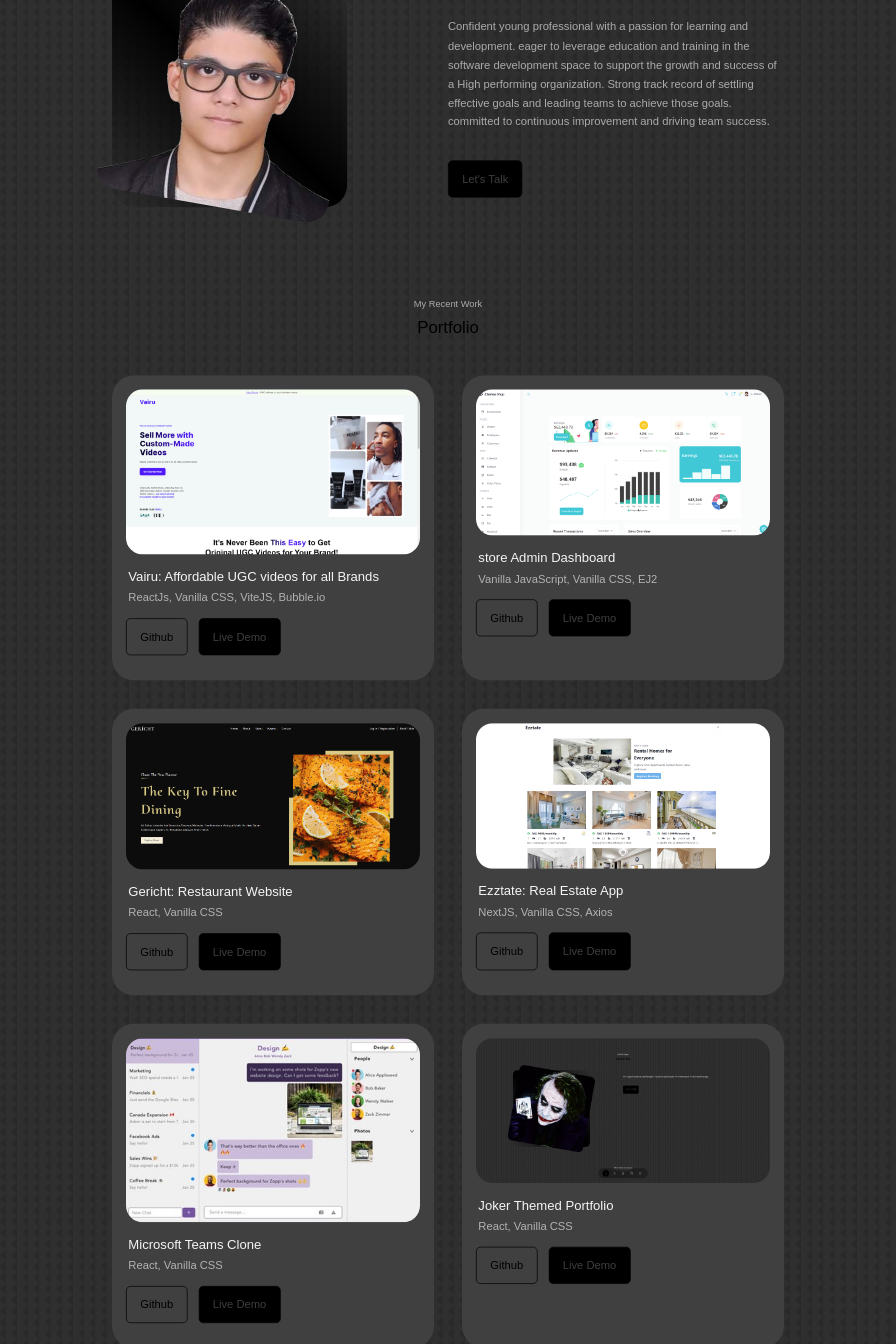
Repository: Z-Bahaa/project_joker_react_portfolio
Page: /
The author's editor kept a copy of each file at every save. The page is drawn from the files as they stood at one save, then again after a run of saves.
The browser window is 1280 px wide. The pictures show the part of the page from y = 1143 to 3063 px (the page is 7236 px tall), at 70% of full size.
Some web fonts or font styles are not loaded; a fallback is used. The project was rebuilt for these pictures with package versions that can differ from the ones it lists, and the page was loaded fresh each time. Imported but missing from the stored project, and not drawn on this page: src/assets/resume.pdf.

Above is the page before, as saved 2023-08-21 18:12:16.

### public/index.html
<!DOCTYPE html>
<html lang="en">

<head>
  <meta charset="UTF-8">
  <meta name="viewport" content="width=device-width, initial-scale=1.0">
  <title>Zeyad Bahaa</title>
  <link rel="shortcut icon" href="/Logo.png" />
</head>

<body>
  <div id="root"></div>
</body>

</html>

### src/App.jsx
import Header from './components/header/Header'
import Nav from './components/nav/Nav'
import About from './components/about/About'
import Experience from './components/experience/Experience'
// import Services from './components/services/Services'
import Portfolio from './components/portfolio/Portfolio'
// import Testimonials from './components/testimonials/Testimonials'
import Contact from './components/contact/Contact'
import Footer from './components/footer/Footer'


const App = () => {
  return (
    <>
      <Header />
      <Nav />
      <About />
      <Portfolio />
      <Experience />
      {/* <Services /> */}
{/*       <Testimonials /> */}
      <Contact />
      <Footer />

    </>
  )
}

export default App

### src/components/header/Header.jsx
import './header.css';
import CTA from './CTA'
import ME from '../../assets/me-3.png'
import HeaderSocials from './HeaderSocials'

const Header = () => {
  return (
    <div className='header container' id='home'>
      <div className='header__container'>
        <h5>Hello, I'm</h5>
        <h1>Zeyad Bahaa</h1>
        <h5 className="text-light">Software & web development Enthusiast</h5>
        <CTA />
        <HeaderSocials />

        <div className="me">
          <img src={ME} alt="" />
        </div>

        <a href='#contact' className="scroll__down">Scroll Down</a>
      </div>
    </div>
  )
}

export default Header

### src/components/nav/Nav.jsx
import './nav.css'
import { AiOutlineHome, AiOutlineUser, AiOutlineMessage } from 'react-icons/ai'
import { BiBookAlt } from 'react-icons/bi'
import { BsBagDash } from 'react-icons/bs'
import { useState} from 'react'

const Nav = () => {
  const [activeNav, setActiveNAv] = useState('#')
  return (
    <div className="nav">
      <a href="#home" className={activeNav === '#' ? 'active' : ''} onClick={() => setActiveNAv('#')}><AiOutlineHome /></a>
      <a href="#about" className={activeNav === '#about' ? 'active' : ''} onClick={() => setActiveNAv('#about')}><AiOutlineUser /></a>
      <a href="#portfolio" className={activeNav === '#services' ? 'active' : ''} onClick={() => setActiveNAv('#services')}><BsBagDash /></a>
      <a href="#experience" className={activeNav === '#experience' ? 'active' : ''} onClick={() => setActiveNAv('#experience')}><BiBookAlt /></a>
      <a href="#contact" className={activeNav === '#contact' ? 'active' : ''} onClick={() => setActiveNAv('#contact')}><AiOutlineMessage /></a>
    </div>
  )
}

export default Nav

### src/components/about/About.jsx
import './about.css'
import ME from '../../assets/me-3.png'
/* import { FiAward, FiUsers } from 'react-icons/fi'
import { AiFillFolderOpen } from 'react-icons/ai' */
const About = () => {
  return (
    <div className="section" id="about">
      <h5>Get To Know</h5>
      <h2>About Me</h2>

      <div className="container about__container">
        <div className="about__me">
          <div className="about__me-image">
            <img src={ME} alt="About" />
          </div>
        </div>

        <div className="about__content">
          {/* <div className="about__cards">

            <div className="about__card">
              <FiAward className="about__icon" />
              <h5>Experience</h5>
              <small>3+ Years Working</small>
            </div>

            <div className="about__card">
              <FiUsers className="about__icon" />
              <h5>Clients</h5>
              <small>200+ Worldwide</small>
            </div>

            <div className="about__card">
              <AiFillFolderOpen className="about__icon" />
              <h5>Projects</h5>
              <small>80+ Completed Projects</small>
            </div>

          </div> */}

          <p>
          Confident young professional with a passion for learning and development. eager to leverage education and training in the software development space to support the growth and success of a High performing organization. Strong track record of settling effective goals and leading teams to achieve those goals. committed to continuous improvement and driving team success.
          </p>

          <a href="#contact" className="btn btn-primary">Let's Talk</a>
        </div>
      </div>
    </div>
  )
}

export default About

### src/components/experience/Experience.jsx
import './experience.css'
import {skills, experience} from '../../data/experiences'
import { AiFillCheckCircle } from 'react-icons/ai'

const Experience = () => {
  return (
    <div className="section" id="experience">
      <h5>What Skills Do I Have?</h5>
      <h2>My Experiences</h2>
      <div className="history__container">
        {
          experience.map((e) => (
            <div>
              <div className="image-container">
                <img src={e.image} alt='company logo'/>
              </div>
              <div className="course-details-container">
                <p>{e.date}</p>
                <h1>{e.title}</h1>
                <section>
                  <span>{e.address.city}</span>
                  <p> • {e.address.country}</p>
                </section>
              </div>
              <a href={e.url} target="_blank" rel="noreferrer">
                <button className="btn btn-primary" >
                  <h1>visit company</h1>
                </button>
              </a>
            </div>
          ))
        }
      </div>
      <h2>Acquired Skills</h2>
      <div className="experience__container">
        {
          skills.map((field) => (
            <div>
              <h3>{field.title}</h3>
              <div className="experience__content">
                {
                  field.list.map((item) => (
                    <div className="experience__details">

                        <AiFillCheckCircle className="experience__details-icon"/>
                        <div>
                          <h4>{item.name}</h4>
                          <small>{(item.experience + " ")} • <span>{" " + item.level}</span> </small>
                        </div>
                    </div>
                  ))
                }
              </div>
            </div>
          ))
        }
      </div>

    </div>
  )
}

export default Experience

### src/components/portfolio/Portfolio.jsx
import './portfolio.css'
import projects from '../../data/projects'



const Portfolio = () => {
  return (
    <div className="section" id='portfolio'>
      <h5>My Recent Work</h5>
      <h2>Portfolio</h2>

      <div className="container portfolio__container">
        {
          projects.map(item => (
            <div  key={item.id} className="portfolio__item">
              <img src={item.img} className="portfolio__item-image" alt=""/>
              <h3>{item.title || 'This is a portfolio item title'}</h3>
              <p>{item.tech || 'This is a portfolio item title'}</p>
              <div className="portfolio__item-cta">
                <a className="btn" href={item.github} target='_blank' rel="noreferrer">Github</a>
                <a className="btn btn-primary" href={item.demo} target='_blank' rel="noreferrer">Live Demo</a>
              </div>
            </div>
          ))
        }
      </div>
    </div>
  )
}

export default Portfolio

### src/components/contact/Contact.jsx
import './contact.css'
import { AiOutlineMail, AiOutlineWhatsApp } from 'react-icons/ai'
import { RiMessengerLine } from 'react-icons/ri'


const Contact = () => {

  return (
    <div className="section" id="contact">
      <h5>Get In Touch</h5>
      <h2>Contact Me</h2>

      <div className="container contact__container">
        <div className="contact__options">

          <div className="contact__option">
            <AiOutlineMail className='contact__option-icon'/>
            <h4>Email</h4>
            <h5>zizobahaapersonal@gmail.com</h5>
            <a href="mailto:zizobahaapersonal@gmail.com">Send a message</a>
          </div>

          <div className="contact__option">
            <RiMessengerLine className='contact__option-icon'/>
            <h4>Messenger</h4>
            <h5>Zizo Bahaa</h5>
            <a href="https://m.me/100071918118359">Send a message</a>
          </div>
          <div className="contact__option">
            <AiOutlineWhatsApp className='contact__option-icon' />
            <h4>WhatsApp</h4>
            <h5>+201020730202</h5>
            <a href="https://api.whatsapp.com/send?phone=201020730202" >Send a message</a>
          </div>

        </div>

{        <form
          // ref={form}
          // onSubmit={sendEmail}
          >
          <input type="text" name="name" placeholder="Your Full Name" required/>
          <input type="email" name="email" placeholder="Your Email" required/>
          <textarea name="message" placeholder="Your Message" rows="7" required/>
          <button type="submit" className="btn btn-primary">send Message</button>
        </form>}
      </div>
    </div>
  )
}

export default Contact

### src/components/footer/Footer.jsx
import './footer.css'
import { AiOutlineLinkedin, AiOutlineFacebook, } from 'react-icons/ai'
import { FiTwitter, FiGithub, FiInstagram } from 'react-icons/fi'
import { FaTiktok } from 'react-icons/fa'
import { SiMyanimelist } from 'react-icons/si'

const Footer = () => {
  return (
    <div className="footer">
      <a href="#home" className="footer__icon">Z. bahaa</a>

      <ul className="permalinks">
        <li><a href="#home">Home</a></li>
        <li><a href="#about">About</a></li>
        <li><a href="#experience">Experience</a></li>
        {/* <li><a href="#services">Services</a></li> */}
        <li><a href="#portfolio">Portfolio</a></li>
        {/* <li><a href="#testimonials">Testimonials</a></li> */}
        <li><a href="#contact">Contact</a></li>
      </ul>

      <div className="footer__socials" >
        <a href='https://www.linkedin.com/in/z-bahaa-194022234/' target='_blank' rel="noreferrer"><AiOutlineLinkedin /></a>
        <a href='https://github.com/Z-Bahaa' target='_blank' rel="noreferrer"><FiGithub /></a>
        <a href='https://www.facebook.com/profile.php?id=100071918118359' target='_blank' rel="noreferrer"><AiOutlineFacebook /></a>
      </div>

      <div className="footer__coptright">
        <small>&copy; Z.bahaa. All rights reserved.</small>
      </div>
    </div>
  )
}

export default Footer

### src/components/header/header.css
.header {
  height: 120vh;
  padding-top: 7rem;
  /* overflow: hidden; */
}

.header__container {
  text-align: center;
  height: 100%;
  position: relative;
}

.cta {
  margin-top: 2.5rem;
  display: flex;
  gap: 1.2rem;
  justify-content: center;
}

.header__socials {
  display: flex;
  flex-direction: column;
  position: absolute;
  left: 0;
  bottom: 2rem;
  gap: 1rem;
}

.header__socials::after {
  content: "";
  width: 1px;
  height: 2rem;
  background: var(--color-primary);
  align-self: center;
}

.me {
  background: linear-gradient(var(--color-primary), transparent);
  width: 22rem;
  max-height: 27rem;
  position: absolute;
  left: calc(50% - 11rem);
  margin-top: 4rem;
  border-radius: 12rem 12rem 0 0;
  -webkit-border-radius: 12rem 12rem 0 0;
  -moz-border-radius: 12rem 12rem 0 0;
  -ms-border-radius: 12rem 12rem 0 0;
  -o-border-radius: 12rem 12rem 0 0;
  overflow: hidden;
  /* padding: 5rem 1.5rem 1.5rem 1.5rem; */
}
/* .me img {
  min-height: 40rem;
} */

.scroll__down {
  position: absolute;
  right: 0rem;
  bottom: 5rem;
  transform: rotate(90deg);
  -webkit-transform: rotate(90deg);
  -moz-transform: rotate(90deg);
  -ms-transform: rotate(90deg);
  -o-transform: rotate(90deg);
  font-weight: 300;
  font-size: 0.9rem
}

@media screen and (max-width: 1024px) {
  .header {
    height: 70vh;
  }
}

@media screen and (max-width: 600px) {
  .header {
    height: 100vh;
  }


}

### src/components/header/CTA.jsx
import CV from '../../assets/resume.pdf'

import React from 'react'

const CTA = () => {
  return (
    <div className="cta">
      <a href={CV} className='btn'>Download CV</a>
      <a href="#contact" className="btn btn-primary">Let's Talk</a>
    </div>
  )
}

export default CTA

### src/components/header/HeaderSocials.jsx
import { AiOutlineLinkedin, AiOutlineFacebook,} from 'react-icons/ai'
import {FiGithub} from 'react-icons/fi'



const HeaderSocials = () => {
  return (
    <div className="header__socials">
      <a href='https://www.linkedin.com/in/zizo-bahaa' target='_blank'  rel="noreferrer"><AiOutlineLinkedin /></a>
      <a href='https://github.com/Z-Bahaa' target='_blank'  rel="noreferrer"><FiGithub /></a>
      <a href='https://www.facebook.com/profile.php?id=100071918118359' target='_blank'  rel="noreferrer"><AiOutlineFacebook /></a>
    </div>
  )
}

export default HeaderSocials

### src/components/nav/nav.css
.nav {
  background: rgba(0, 0, 0, 0.3);
  width: max-content;
  display: block;
  padding: 0.7em 1.7em;
  z-index: 2;
  position: fixed;
  left: 50%;
  transform: translateX(-50%);
  -webkit-transform: translateX(-50%);
  -moz-transform: translateX(-50%);
  -ms-transform: translateX(-50%);
  -o-transform: translateX(-50%);
  bottom: 2rem;
  display: flex;
  gap: 0.8rem;
  border-radius: 3rem;
  -webkit-border-radius: 3rem;
  -moz-border-radius: 3rem;
  -ms-border-radius: 3rem;
  -o-border-radius: 3rem;
  backdrop-filter: blur(15px);
}

.nav a {
  background: transparent;
  padding: 0.8rem;
  border-radius: 50%;
  -webkit-border-radius: 50%;
  -moz-border-radius: 50%;
  -ms-border-radius: 50%;
  -o-border-radius: 50%;
  display: flex;
  color: var(--color-light);
  font-size: 1.1rem;
}

.nav a:hover {
  background: rgba(0, 0, 0, 0.3);
}

.nav a.active {
  background: var(--color-primary);
  color: var(--color-bg)
}

### src/components/portfolio/portfolio.css
.portfolio__container {
  display: grid;
  grid-template-columns: repeat(2, 1fr);
  gap: 2.5rem;
}

.portfolio__item {
  background: var(--color-bg-variant);
  padding: 1.2rem;
  border-radius: 2rem;
  -webkit-border-radius: 2rem;
  -moz-border-radius: 2rem;
  -ms-border-radius: 2rem;
  -o-border-radius: 2rem;
  border: 1px solid transparent;
  transition: var(--transition);
  -webkit-transition: var(--transition);
  -moz-transition: var(--transition);
  -ms-transition: var(--transition);
  -o-transition: var(--transition);
}

.portfolio__item:hover {
  border-color: var(--color-primary-variant);
  background: transparent;
}

.portfolio__item-image {
  border-radius: 1.5rem;
  -webkit-border-radius: 1.5rem;
  -moz-border-radius: 1.5rem;
  -ms-border-radius: 1.5rem;
  -o-border-radius: 1.5rem;
  overflow: hidden;
}

.portfolio__item h3 {
  margin: 0rem 0.2rem;
  margin-top: 1rem;
}

.portfolio__item p {
  margin: 0rem 0.2rem;
  margin-bottom: 1rem;
  font-size: 1rem;
  color: var(--color-light);
}

.portfolio__item-cta {
  display: flex;
  align-self: flex-end;
  gap: 1rem;
  margin-bottom: 1rem;
}

@media screen and (max-width: 1024px) {
  .portfolio__container {
    grid-template-columns: 1fr 1fr;
    gap: 1.2rem;
  }
}

@media screen and (max-width: 600px) {
  .portfolio__container {
    grid-template-columns: 1fr;
    gap: 1rem;
  }
}

### src/data/projects.js
import IMG1 from '../assets/portfolio1.png'
import IMG2 from '../assets/portfolio2.png'
import IMG4 from '../assets/portfolio4.png'
import IMG5 from '../assets/portfolio5.jpg'
import IMG6 from '../assets/portfolio6.png'
import IMG7 from '../assets/IMG7.png'

const projects = [
  {
    id: 7,
    img: IMG7,
    title: 'Vairu: Affordable UGC videos for all Brands',
    tech: 'ReactJs, Vanilla CSS, ViteJS, Bubble.io',
    github: 'https://github.com/Z-Bahaa/vairu-ui.git',
    demo: 'https://vairu.app/version-test',
    date: 2023,
  },
  {
    id: 1,
    img: IMG1,
    title: 'store Admin Dashboard',
    tech: 'Vanilla JavaScript, Vanilla CSS, EJ2',
    github: 'https://github.com/Z-Bahaa/project_shop',
    demo: 'https://z-bahaa-shop-1.netlify.app/',
    date: 2021,
  },
  {
    id: 2,
    img: IMG2,
    title: 'Gericht: Restaurant Website',
    tech: 'React, Vanilla CSS',
    github: 'https://github.com/Z-Bahaa/project_gericht',
    demo: 'https://zebediah.netlify.app/',
    date: 2021,
  },
  {
    id: 4,
    img: IMG4,
    title: 'Ezztate: Real Estate App',
    tech: 'NextJS, Vanilla CSS, Axios',
    github: 'https://github.com/Z-Bahaa/project_ezztate',
    demo: 'https://ezztate.netlify.app/',
    date: 2021,
  },
  {
    id: 5,
    img: IMG5,
    title: 'Microsoft Teams Clone',
    tech: 'React, Vanilla CSS',
    github: 'https://github.com/Z-Bahaa/project_z_talk',
    demo: 'https://z-talk.netlify.app/',
    date: 2021,
  },
  {
    id: 6,
    img: IMG6,
    title: 'Joker Themed Portfolio',
    tech: 'React, Vanilla CSS',
    github: 'https://github.com/Z-Bahaa/project_joker_react_portfolio',
    demo: 'https://z-bahaa-portfolio-1.netlify.app/',
    date: 2021,
  },
]

export default projects

### src/components/contact/contact.css
.container.contact__container {
  width: 58%;
  display: grid;
  grid-template-columns: 30% 58%;
  gap: 12%;
}

.contact__options {
  display: flex;
  flex-direction: column;
  gap: 1.2rem;
}

.contact__option {
  background: var(--color-bg-variant);
  padding: 1.2rem;
  border-radius: 1.2rem;
  -webkit-border-radius: 1.2rem;
  -moz-border-radius: 1.2rem;
  -ms-border-radius: 1.2rem;
  -o-border-radius: 1.2rem;
  text-align: center;
  border: 1px solid transparent;
  transition: var(--transition);
  overflow: hidden;
}

.contact__option:hover {
  background: transparent;
  border-color: var(--color-primary-variant);
}

.contact__option-icon {
  font-size: 1.5rem;
  margin-bottom: 0.5rem;

}

.contact__option a {
  margin-top: 0.7rem;
  display: inline-block;
  font-size: .8rem;
}

form {
  display: flex;
  flex-direction: column;
  gap: 1.2rem;
}

input, textarea {
  width: 100%;
  padding: 1.5rem;
  border-radius: 0.5rem;
  -webkit-border-radius: 0.5rem;
  -moz-border-radius: 0.5rem;
  -ms-border-radius: 0.5rem;
  -o-border-radius: 0.5rem;
  background: transparent;
  border: 1px solid var(--color-primary-variant);
  resize: none;
  color: var(--color-white);
}

@media screen and (max-width: 1024px) {
  .container.contact__container {
    grid-template-columns: 1fr;
    gap: 2rem;
  }
}

@media screen and (max-width: 600px) {
  .container.contact__container {
    width: var(--container-width-sm);
  }
}

### src/components/footer/footer.css
.footer {
  background: var(--color-primary);
  padding: 3rem 0;
  padding-bottom: 0;
  text-align: center;
  font-size:0.9rem;
  margin-top: 7rem;
}

.footer a {
  color: var(--color-bg);
}

.footer__icon {
  font-size:2rem;
  font-weight: 500;
  margin-bottom: 2rem;
  display: inline-block;
}

.permalinks {
  display: flex;
  flex-wrap: wrap;
  justify-content: center;
  gap: 2rem;
  margin: 0 auto 3rem;
}

.footer__socials {
  display: flex;
  justify-content: center;
  gap: 1rem;
  margin-bottom: 4rem;
}

.footer__socials a {
  background: var(--color-bg);
  color: var(--color-white);
  padding: 0.8rem;
  border-radius: 0.7rem;
  -webkit-border-radius: 0.7rem;
  -moz-border-radius: 0.7rem;
  -ms-border-radius: 0.7rem;
  -o-border-radius: 0.7rem;
  display: flex;
  border: 1px solid transparent;
  margin-bottom: 5rem;
}

.footer__socials a:hover {
  background: transparent;
  color: var(--color-bg);
  border-color: var(--color-bg);

}

.footer__copyright {
  margin-bottom: 4rem;
  color: var(--color-bg);
}

@media screen and (max-width: 600px) {
  .permalinks {
    flex-direction: column;
    gap: 1.5rem;
  }
}

Loaded but not shown: src/data/experiences.js (202 lines, source omitted); src/index.js (5 lines, source omitted); src/components/experience/experience.css (212 lines, source omitted); src/index.css (151 lines, source omitted); src/components/about/about.css (141 lines, source omitted)

After the next 2 saves:
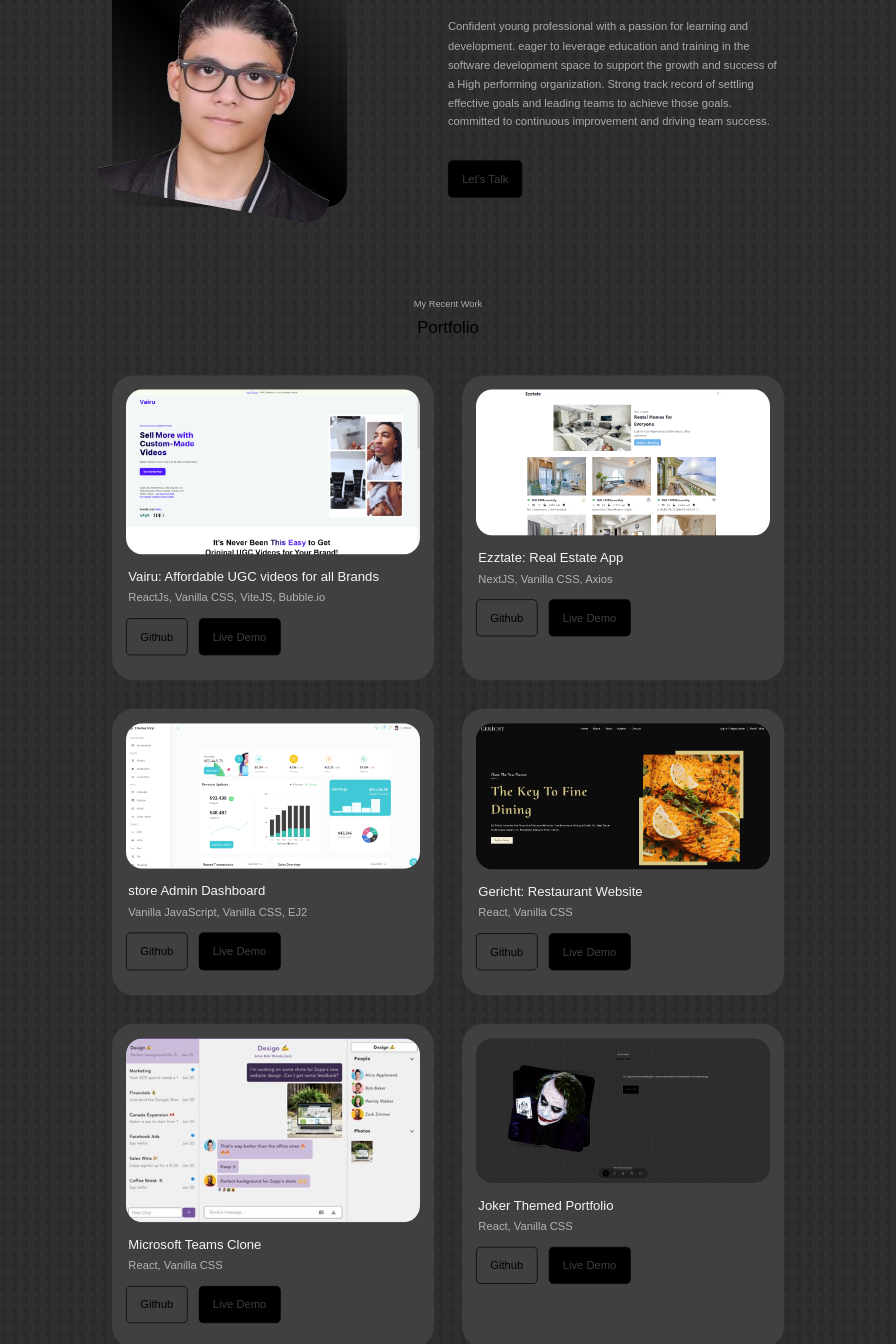
The 2 saves are shown as one change because they came seconds apart.
The last was saved 92 s later.
--- a/src/data/projects.js
+++ b/src/data/projects.js
@@ -16,6 +16,15 @@
     date: 2023,
   },
   {
+    id: 4,
+    img: IMG4,
+    title: 'Ezztate: Real Estate App',
+    tech: 'NextJS, Vanilla CSS, Axios',
+    github: 'https://github.com/Z-Bahaa/project_ezztate',
+    demo: 'https://ezztate.netlify.app/',
+    date: 2021,
+  },
+  {
     id: 1,
     img: IMG1,
     title: 'store Admin Dashboard',
@@ -31,15 +40,6 @@
     tech: 'React, Vanilla CSS',
     github: 'https://github.com/Z-Bahaa/project_gericht',
     demo: 'https://zebediah.netlify.app/',
-    date: 2021,
-  },
-  {
-    id: 4,
-    img: IMG4,
-    title: 'Ezztate: Real Estate App',
-    tech: 'NextJS, Vanilla CSS, Axios',
-    github: 'https://github.com/Z-Bahaa/project_ezztate',
-    demo: 'https://ezztate.netlify.app/',
     date: 2021,
   },
   {
